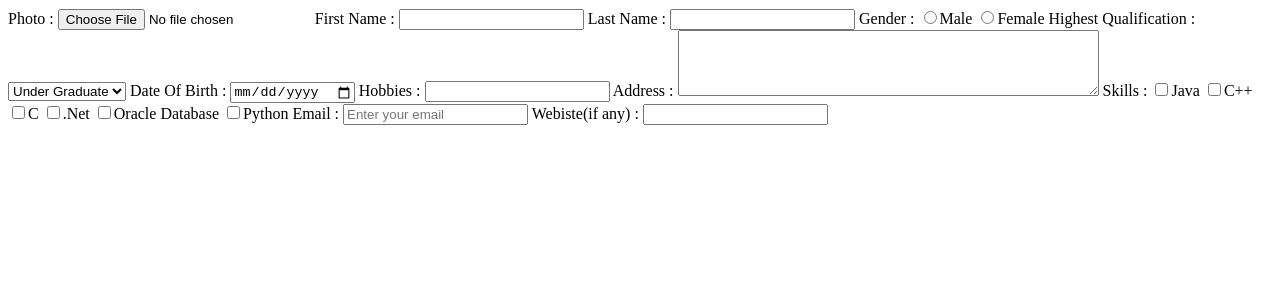
Repository: kiaanMayur/Servlet-Resume-Builder
Page: ResumeBuilder/WebContent/index.html
An editor plug-in stored every save of this project. The page is shown before and after the next save, followed by the edit.
The browser window is 1280 px wide. The pictures show the whole page.

Above is the page before, as saved 2018-08-07 08:36:20.

### ResumeBuilder/WebContent/index.html
<!DOCTYPE html>
<html>
<head>
<meta charset="ISO-8859-1">
<title>Resume Builder</title>
</head>
<body>

	<form action="">

		Photo : <input type="file" name="Photo">
		First Name : <input type="text" name="First Name">
		Last Name : <input type="text" name="Last Name">
		Gender :
				<input type="radio" name="Gender">Male
				<input type="radio" name="Gender">Female

		Highest Qualification : <select>
				<option value="Under Graduate">Under Graduate</option>
				<option value="Post Graduate">Under Graduate</option>
				<option value="Diploma">Under Graduate</option>
				<option value="PHD">Under Graduate</option>
			</select>

		Date Of Birth : <input type="date">
		Hobbies : <input type>
		Address : <textarea rows="4" cols="50"></textarea>
		Skills :
				<input type="checkbox" value="Java" name="java">Java
				<input type="checkbox" value="CPP" name="cpp">C++
				<input type="checkbox" value="C" name="c">C
				<input type="checkbox" value=".Net" name=".net">.Net
				<input type="checkbox" value="Oracle" name="oracle">Oracle Database
				<input type="checkbox" value="Python" name="python">Python

		Email : <input type="email" placeholder="Enter your email">
		Webiste(if any) : <input type="url">

	</form>

</body>
</html>

After the next save:
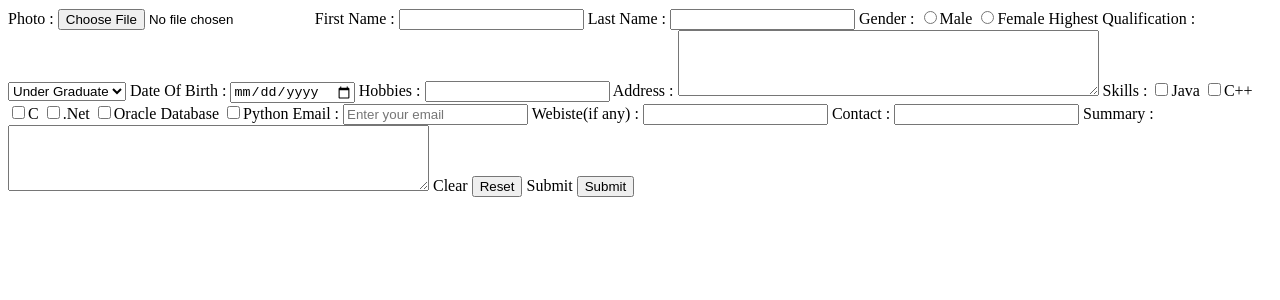
Saved 108 s later.
--- a/ResumeBuilder/WebContent/index.html
+++ b/ResumeBuilder/WebContent/index.html
@@ -35,6 +35,10 @@
 
 		Email : <input type="email" placeholder="Enter your email">
 		Webiste(if any) : <input type="url">
+		Contact : <input type="number">
+		Summary : <textarea rows="4" cols="50"></textarea>
+		Clear <input type="reset">
+		Submit <input type="submit">
 
 	</form>
 
